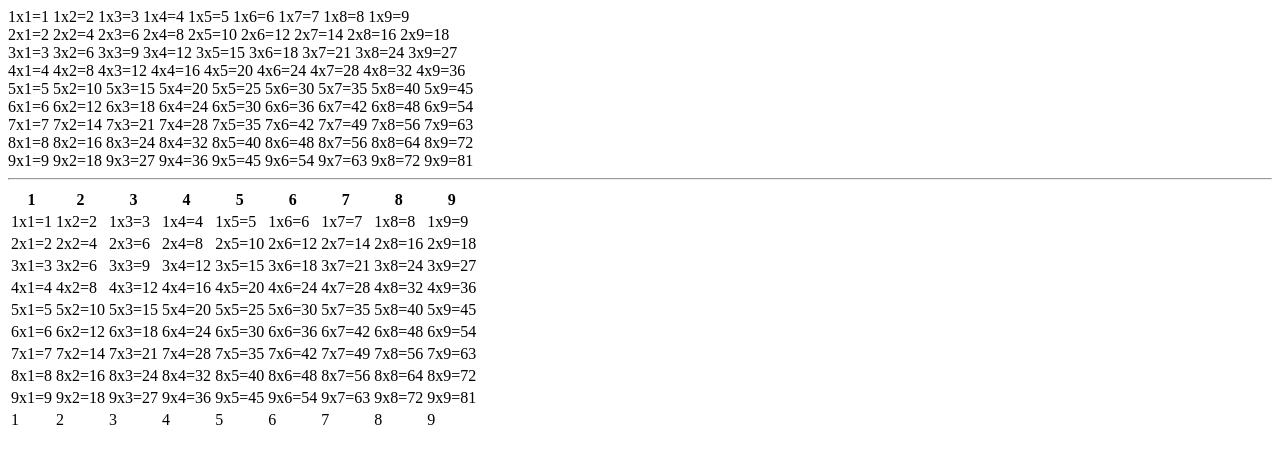
Repository: SongSooJin/JSP
Page: http://localhost/5-jsp-basic/example5/gugudan.jsp
The author's editor kept a copy of each file at every save. The page is drawn from the files as they stood at one save, then again after the next save.
The browser window is 1280 px wide. The pictures show the whole page.
The page is served by Tomcat 9.

Above is the page before, as saved 2018-10-08 05:30:39.

After the next save:
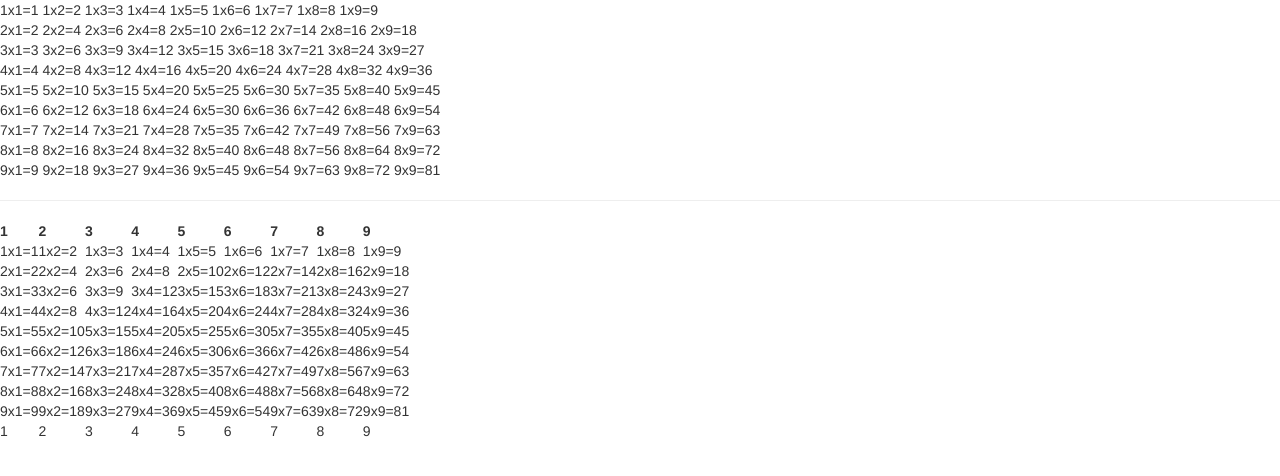
Saved 2 min 34 s later.
--- a/5-jsp-basic/WebContent/example5/gugudan.jsp
+++ b/5-jsp-basic/WebContent/example5/gugudan.jsp
@@ -5,11 +5,11 @@
 <head>
 <meta charset="UTF-8">
 <title>Insert title here</title>
-<style type="text/css">
-	th, td = {
-		padding: 5px;
-	}
-</style>
+<meta name="viewport" content="width=device-width, initial-scale=1">
+  <link rel="stylesheet" href="https://maxcdn.bootstrapcdn.com/bootstrap/3.3.7/css/bootstrap.min.css">
+  <script src="https://ajax.googleapis.com/ajax/libs/jquery/3.3.1/jquery.min.js"></script>
+  <script src="https://maxcdn.bootstrapcdn.com/bootstrap/3.3.7/js/bootstrap.min.js"></script>
+
 </head>
 <body>
 
